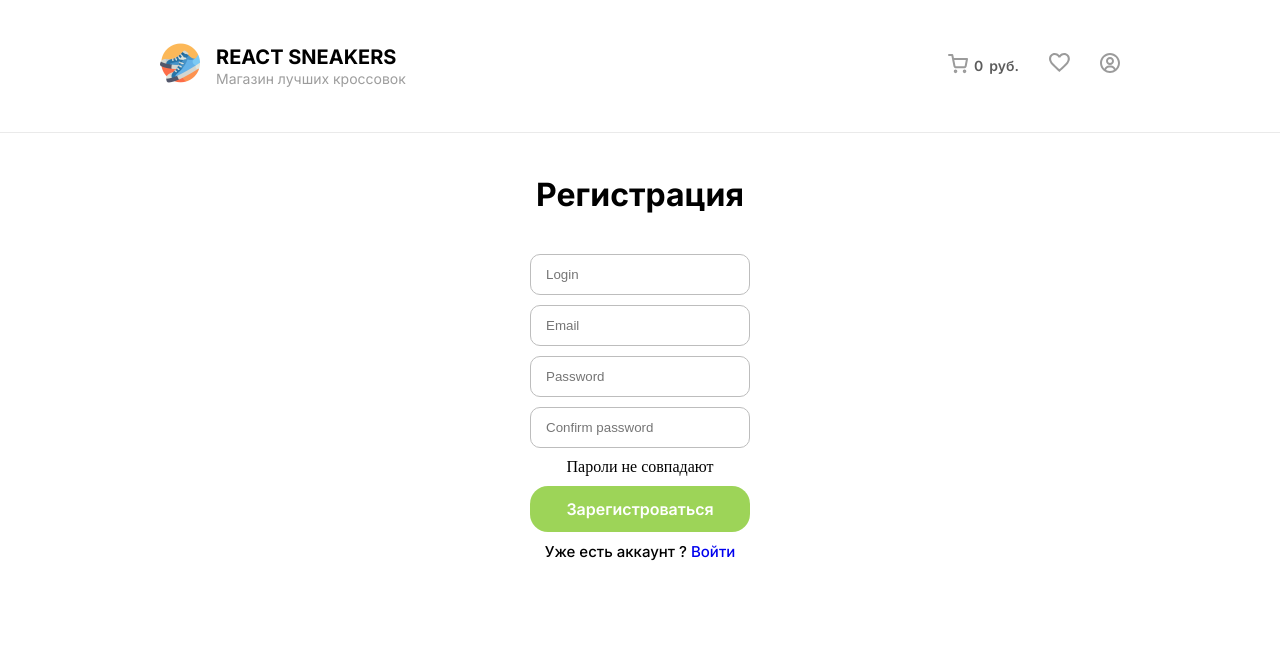
Repository: maxbirimkulov/sneakers20
Page: src/pages/register.html
These files come from the project's save history. The page is drawn as it stood at one moment and after the next save; the edit follows.
The browser window is 1280 px wide. The pictures show the whole page.
The style sheet was rebuilt from its Sass, Less or Tailwind sources for each picture, by a compiler version that may differ from the author's.

Above is the page before, as saved 2022-11-12 21:02:33.

### src/pages/register.html
<!DOCTYPE html>
<html lang="en">
  <head>
    <meta charset="UTF-8" />
    <meta
      name="viewport"
      content="width=device-width, user-scalable=no, initial-scale=1.0, maximum-scale=1.0, minimum-scale=1.0"
    />
    <meta http-equiv="X-UA-Compatible" content="ie=edge" />
    <title>Document</title>
    <link rel="stylesheet" href="../css/style.css" />
  </head>
  <body>
    <div class="floor">
      <header class="header">
        <div class="container">
          <nav class="header__nav">
            <div class="header__logo">
              <img
                src="../images/mainLogo.png"
                alt="Logo"
                class="header__logo-img"
              />
              <div class="header__logo-text">
                <h1 class="header__logo-title">
                  <a href="../../index.html" class="header__logo-title-link"
                    >react sneakers</a
                  >
                </h1>
                <p class="header__logo-subtitle">
                  <a href="../../index.html" class="header__logo-subtitle"
                    >Магазин лучших кроссовок</a
                  >
                </p>
              </div>
            </div>
            <div class="header__links">
              <p class="header__links-basket">
                <span class="header__links-basket-logo"
                  ><svg
                    width="20"
                    height="20"
                    viewBox="0 0 20 20"
                    fill="none"
                    xmlns="http://www.w3.org/2000/svg"
                  >
                    <path
                      d="M7.54548 18.1818C7.99735 18.1818 8.36366 17.8155 8.36366 17.3636C8.36366 16.9118 7.99735 16.5455 7.54548 16.5455C7.09361 16.5455 6.72729 16.9118 6.72729 17.3636C6.72729 17.8155 7.09361 18.1818 7.54548 18.1818Z"
                      stroke="#9B9B9B"
                      stroke-width="2"
                      stroke-linecap="round"
                      stroke-linejoin="round"
                    />
                    <path
                      d="M16.5455 18.1818C16.9973 18.1818 17.3637 17.8155 17.3637 17.3636C17.3637 16.9118 16.9973 16.5455 16.5455 16.5455C16.0936 16.5455 15.7273 16.9118 15.7273 17.3636C15.7273 17.8155 16.0936 18.1818 16.5455 18.1818Z"
                      stroke="#9B9B9B"
                      stroke-width="2"
                      stroke-linecap="round"
                      stroke-linejoin="round"
                    />
                    <path
                      d="M1 1H4.27273L6.46545 11.9555C6.54027 12.3321 6.7452 12.6705 7.04436 12.9113C7.34351 13.1522 7.71784 13.2801 8.10182 13.2727H16.0545C16.4385 13.2801 16.8129 13.1522 17.112 12.9113C17.4112 12.6705 17.6161 12.3321 17.6909 11.9555L19 5.09091H5.09091"
                      stroke="#9B9B9B"
                      stroke-width="2"
                      stroke-linecap="round"
                      stroke-linejoin="round"
                    />
                  </svg>
                </span>
                <span class="total">0</span> руб.
              </p>
              <a href="./favorites.html" class="header__links-favorites"
                ><span class="header__links-favorites-logo"
                  ><svg
                    width="21"
                    height="19"
                    viewBox="0 0 21 19"
                    fill="none"
                    xmlns="http://www.w3.org/2000/svg"
                  >
                    <path
                      d="M15.1003 0C16.7293 0 18.0976 0.54932 19.2052 1.64796C20.3129 2.7466 20.8668 4.08759 20.8668 5.67092C20.8668 6.44643 20.7039 7.23002 20.3781 8.02169C20.0523 8.81335 19.6939 9.51616 19.303 10.1301C18.912 10.744 18.2523 11.5357 17.3238 12.5051C16.3953 13.4745 15.6134 14.2581 14.9781 14.8559C14.3428 15.4537 13.3248 16.3665 11.9239 17.5944L10.4089 18.9515L8.89403 17.6429C7.52572 16.3827 6.51577 15.4537 5.8642 14.8559C5.21262 14.2581 4.42258 13.4745 3.49408 12.5051C2.56559 11.5357 1.90586 10.744 1.51492 10.1301C1.12397 9.51616 0.773748 8.81335 0.464249 8.02169C0.15475 7.23002 0 6.44643 0 5.67092C0 4.08759 0.553841 2.7466 1.66152 1.64796C2.7692 0.54932 4.12123 0 5.71759 0C7.60717 0 9.17095 0.727041 10.4089 2.18112C11.6469 0.727041 13.2107 0 15.1003 0ZM10.5067 16.0918C12.1031 14.6701 13.2677 13.6118 14.0008 12.9171C14.7338 12.2224 15.5401 11.3903 16.4198 10.4209C17.2994 9.45153 17.9102 8.60332 18.2523 7.87628C18.5944 7.14924 18.7654 6.41412 18.7654 5.67092C18.7654 4.63691 18.4152 3.78061 17.7148 3.10204C17.0143 2.42347 16.1428 2.08418 15.1003 2.08418C14.3184 2.08418 13.5772 2.31037 12.8768 2.76276C12.1764 3.21514 11.6795 3.79677 11.3863 4.50765H9.43158C9.17095 3.79677 8.69041 3.21514 7.98997 2.76276C7.28952 2.31037 6.53206 2.08418 5.71759 2.08418C4.67507 2.08418 3.81173 2.42347 3.12757 3.10204C2.44342 3.78061 2.10134 4.63691 2.10134 5.67092C2.10134 6.41412 2.26423 7.14924 2.59002 7.87628C2.91581 8.60332 3.52666 9.45153 4.42258 10.4209C5.3185 11.3903 6.13297 12.2224 6.866 12.9171C7.59902 13.6118 8.74743 14.6701 10.3112 16.0918L10.4089 16.1888L10.5067 16.0918Z"
                      fill="#9B9B9B"
                    />
                  </svg> </span
              ></a>
              <a href="./register.html" class="header__links-user"
                ><span class="header__links-user-logo"
                  ><svg
                    width="20"
                    height="20"
                    viewBox="0 0 20 20"
                    fill="none"
                    xmlns="http://www.w3.org/2000/svg"
                  >
                    <path
                      fill-rule="evenodd"
                      clip-rule="evenodd"
                      d="M0 10C0 4.579 4.579 0 10 0C15.421 0 20 4.579 20 10C20 13.19 18.408 16.078 16 17.924V18H15.898C14.23 19.245 12.187 20 10 20C7.813 20 5.77 19.245 4.102 18H4V17.924C1.592 16.078 0 13.189 0 10ZM7.12347 15.236C6.59154 15.6639 6.22136 16.2604 6.074 16.927C7.242 17.604 8.584 18 10 18C11.416 18 12.758 17.604 13.926 16.927C13.7785 16.2605 13.4082 15.6641 12.8764 15.2362C12.3445 14.8083 11.6827 14.5744 11 14.573H9C8.3173 14.5742 7.6554 14.808 7.12347 15.236ZM13.7677 13.4117C14.5877 13.9574 15.2286 14.7329 15.61 15.641C17.077 14.182 18 12.176 18 10C18 5.663 14.337 2 10 2C5.663 2 2 5.663 2 10C2 12.176 2.923 14.182 4.39 15.641C4.77144 14.7329 5.41227 13.9574 6.23227 13.4117C7.05227 12.866 8.01501 12.5742 9 12.573H11C11.985 12.5742 12.9477 12.866 13.7677 13.4117ZM6 8C6 5.72 7.72 4 10 4C12.28 4 14 5.72 14 8C14 10.28 12.28 12 10 12C7.72 12 6 10.28 6 8ZM8 8C8 9.178 8.822 10 10 10C11.178 10 12 9.178 12 8C12 6.822 11.178 6 10 6C8.822 6 8 6.822 8 8Z"
                      fill="#9B9B9B"
                    />
                  </svg> </span
              ></a>
            </div>
          </nav>
        </div>
      </header>
      <div class="container">
        <div class="register">
          <h2 class="register__title">Регистрация</h2>
          <form class="register__form">
            <input class="register__input" type="text" placeholder="Login" />
            <input class="register__input" type="email" placeholder="Email" />
            <input
              class="register__input"
              type="password"
              placeholder="Password"
            />
            <input
              class="register__input"
              type="password"
              placeholder="Confirm password"
            />
            <span>Пароли не совпадают</span>
            <button type="submit" class="register__btn">
              Зарегистроваться
            </button>
            <span class="register__sign"
              >Уже есть аккаунт ? <a href="./login.html">Войти</a></span
            >
          </form>
        </div>
      </div>
    </div>
    <script type="module" src="../js/register.js"></script>
  </body>
</html>

### src/js/register.js
import { changeUser, getUserFromLocalStorage } from './user.js';

getUserFromLocalStorage();

let formRegister = document.querySelector('.register');
formRegister.addEventListener('submit', (e) => {
  e.preventDefault();

  let userData = {
    login: e.target[0].value,
    email: e.target[1].value,
    password: e.target[2].value,
  };

  if (e.target[2].value === e.target[3].value) {
    fetch('http://localhost:8080/register', {
      method: 'POST',
      headers: {
        'Content-Type': 'application/json',
      },
      body: JSON.stringify(userData),
    })
      .then((res) => res.json())
      .then((res) => {
        changeUser({
          ...res.user,
          token: res.accessToken,
        });
      })
      .catch((err) => console.log(err));
  } else {
    alert('Пароли не совпадают');
  }
});

### src/js/user.js



export let user = {
    login : "",
    email : ""
}

export const getUserFromLocalStorage = () => {
    if (localStorage.getItem('user') !== null){
        user = JSON.parse(localStorage.getItem('user'))
    }
}


export const changeUser = (data) => {
    user = {...data}
    localStorage.setItem('user', JSON.stringify(user))
    location.href = 'http://localhost:63342/new%20project/index.html'
}

### src/css/style.scss
@import url('https://fonts.googleapis.com/css2?family=DM+Sans:wght@700&family=Inter:wght@400;500;600;700&display=swap');

* {
  margin: 0;
  padding: 0;
  box-sizing: border-box;
  text-decoration: none;
  list-style-type: none;
  transition: 0.3s;
}
.container {
  max-width: 1050px;
  padding: 0 45px;
  margin: 0 auto;
}
$int: 'inter', sans-serif;

@mixin text($ff, $fs, $fw, $fz, $lh, $col) {
  font-family: $ff;
  font-style: $fs;
  font-weight: $fw;
  font-size: $fz;
  @if $lh > 0 {
    line-height: $lh;
  }
  color: $col;
}
body,
.floor {
  background-color: #fff;
}
@import '_header.scss';
@import '_main.scss';
@import '_assort.scss';
@import '_basketPopup.scss';
@import '_card.scss';
@import '_basket.scss';
@import '_favorites.scss';
@import '_basketNone.scss';
@import '_register';

### src/css/_header.scss
.header {
  padding: 43px 0 45px;
  &__nav {
    display: flex;
    justify-content: space-between;
    align-items: center;
  }
  &__logo {
    display: flex;
    &-img {
      width: 40px;
      height: 40px;
    }
    &-text {
      margin-left: 16px;
    }
    &-title {
      &-link {
        @include text($int, normal, 700px, 20px, 0, #000000);
        text-transform: uppercase;
      }
    }
    &-subtitle {
      @include text($int, normal, 400, 14px, 0, #9d9d9d);
    }
  }
  &__links {
    display: flex;
    &-basket {
      display: flex;
      gap: 6px;
      align-items: center;
      @include text($int, normal, 600, 14px, 0, #5c5c5c);
      margin-left: 10px;
      cursor: pointer;
    }
    &-favorites {
      margin: 0 30px;
    }
  }
  border-bottom: 1px solid #eaeaea;
}

### src/css/_main.scss
.swiper {
  width: 100%;
  height: 100%;
}

.swiper-slide {
  display: -webkit-box;
  display: -ms-flexbox;
  display: -webkit-flex;
  display: flex;
  -webkit-box-pack: center;
  -ms-flex-pack: center;
  -webkit-justify-content: center;
  justify-content: center;
  -webkit-box-align: center;
  -ms-flex-align: center;
  -webkit-align-items: center;
  align-items: center;
}

.swiper__icon{
  &-next{
    background-color: white;
    border-radius: 50%;
    cursor: pointer;
    position: absolute;
    right: 0;
    top: 50%;
    transform: translateY(-50%),;
    z-index: 2;
    padding: 8px 14px;
    display: flex;
    justify-content: center;
    align-items: center;
    transition: 0.2s;
    -webkit-box-shadow: 0px 0px 11px 5px rgba(0, 0, 0, 0.01);
    -moz-box-shadow: 0px 0px 11px 5px rgba(0, 0, 0, 0.01);
    box-shadow: 0px 0px 11px 5px rgba(0, 0, 0, 0.01);
    &:hover{
      transition: 0.2s;
      -webkit-box-shadow: 0px 0px 11px 5px rgba(0, 0, 0, 0.07);
      -moz-box-shadow: 0px 0px 11px 5px rgba(0, 0, 0, 0.07);
      box-shadow: 0px 0px 11px 5px rgba(0, 0, 0, 0.07);
    }
  }
  &-prev{
    background-color: white;
    border-radius: 50%;
    position: absolute;
    left: 0;
    top: 50%;
    cursor: pointer;
    transform:translateY(-50%) rotate(180deg);
    z-index: 2;
    padding: 8px 14px;
    display: flex;
    justify-content: center;
    align-items: center;
    transition: 0.2s;
    -webkit-box-shadow: 0px 0px 11px 5px rgba(0, 0, 0, 0.01);
    -moz-box-shadow: 0px 0px 11px 5px rgba(0, 0, 0, 0.01);
    box-shadow: 0px 0px 11px 5px rgba(0, 0, 0, 0.01);
    &:hover{
      transition: 0.2s;
      -webkit-box-shadow: 0px 0px 11px 5px rgba(0, 0, 0, 0.07);
      -moz-box-shadow: 0px 0px 11px 5px rgba(0, 0, 0, 0.07);
      box-shadow: 0px 0px 11px 5px rgba(0, 0, 0, 0.07);
    }
  }
}

.main{
  &__swipe{
    &-block{
      background-color: #F4EFE9;
      border-radius: 20px;
      max-height: 300px;
      display: flex;
      align-items: center;
      justify-content: space-between;
      width: 100%;
    }
    &-box{
      position: relative;
      padding: 16px 0 20px 51px;
      min-height: 300px;
      &-scn{
        margin: 0;
        padding: 0;
        max-width: 641.18px;
      }
      &-desc{
        @include text($int,normal,700,38px,46px,#8BB43C);
        margin: 32px 17.45px 10.45px 35px;
        &-black{
          color: black;
        }
      }
      &-btn{
        position: absolute;
        padding: 14px 60px;
        border-radius: 110px;
        @include text($int,normal,700px,16px, 0, white);
        text-transform: uppercase;
        background-color: #A5D364;
        bottom: 45px;
        left: 27%;
        transform: translate(-50%, -50);
        transition: 0.2s;
        &:hover{
          transition: 0.2s;
          transform: scale(1.1);
        }
      }
      &-img{
        width: 100%;
      }
    }
  }
}

### src/css/_assort.scss
.main__assort {
  &-topContent {
    display: flex;
    flex-wrap: wrap;
    justify-content: space-between;
    padding: 37px 0 36px;
    width: 100%;
  }
  &-filter {
    display: flex;
    justify-content: space-between;
    align-items: center;
    gap: 10px;
  }
  &-select {
    background: transparent;
    border: 1px solid #bdbdbd;
    border-radius: 8px;
    padding: 0 10px;
    height: 40px;
  }
  &-form {
    margin: 15px 0 0;
    display: flex;
    align-items: center;
    position: relative;
    &-input {
      border-radius: 10px;
      border: 1px solid #bdbdbd;
      outline: none;
      padding: 13px 40px 15px 46px;
      max-width: 250px;
      &::-webkit-input-placeholder {
        color: #c4c4c4;
      }
      &::-moz-placeholder {
        color: #c4c4c4;
      }
      &:-ms-input-placeholder {
        color: #c4c4c4;
      }
      &::-ms-input-placeholder {
        color: #c4c4c4;
      }
      &::placeholder {
        color: #c4c4c4;
      }
      &::-webkit-search-cancel-button {
        position: absolute;
        right: 18px;
        cursor: pointer;
        color: #5c5c5c;
      }
    }
    &-icon {
      position: absolute;
      left: 18px;
      top: 50%;
      transform: translateY(-50%);
    }
  }
  &-title {
    @include text($int, normal, 700, 32px, 0, black);
  }
  &-mainContent {
    min-height: 700px;
    position: relative;
    display: flex;
    justify-content: center;
    align-items: center;
    flex-wrap: wrap;
    gap: 40px;
    &-shoes {
      border: 1px solid #bdbdbd;
      border-radius: 40px;
      padding: 20px 29px 34px 30px;
      max-width: 210px;
    }
    &-favorites {
      display: inline-block;
      position: absolute;
      border: 1px solid #f8f8f8;
      border-radius: 7px;
      padding: 9.6px 9.07px 3.59px;
      cursor: pointer;
      &:hover {
        transform: scale(1.13);
        background-color: rgba(253, 239, 239, 0.87);
        transition: 0.2s;
      }
      &-active {
        display: none;
        position: absolute;
        background-color: #fef0f0;
        border: 1px solid transparent;
        border-radius: 7px;
        padding: 9.6px 9.07px 3.59px;
        cursor: pointer;
      }
    }
    &-product {
      &-desc {
        @include text($int, normal, 400, 14px, 17px, black);
      }
      &-pricesDesc {
        margin-top: 14px;
        display: flex;
        justify-content: space-between;
        align-items: center;
        &-price {
          @include text($int, normal, 500, 11px, 13px, #bdbdbd);
          text-transform: uppercase;
        }
        &-cost {
          @include text($int, normal, 700, 14px, 17px, black);
        }
        &-addBask {
          cursor: pointer;
          display: inline-block;
          padding: 5.33px 8.33px;
          border: 1px solid #f2f2f2;
          border-radius: 8px;
          transition: 0.2s;
          &:hover {
            transform: scale(1.13);
            background-color: rgba(253, 239, 239, 0.87);
            transition: 0.2s;
          }
          &-active {
            cursor: pointer;
            max-height: 32px;
            max-width: 32px;
            padding: 5.33px 8.33px;
            border: 1px solid white;
            border-radius: 8px;
            background: linear-gradient(180deg, #89f09c 0%, #3cc755 100%);
            transition: 0.2s;
            &:hover {
              transform: scale(1.13);
              transition: 0.2s;
            }
          }
        }
      }
    }
  }
}

### src/css/_basketPopup.scss
.basket {
  transform: translateX(100%);
  background: rgba(0, 00, 000, 0.4);
  height: 100vh;
  width: 100vw;
  z-index: 100;
  position: fixed;
  left: 0;
  top: 0;
  bottom: 0;
  &__cards {
    margin-top: 20px;
    max-height: 400px;
    overflow-y:  scroll;
    display: flex;
    gap: 20px;
    flex-wrap: wrap;
  }

  &__card {
    position: relative;  width: 100%;  height: 120px;  padding: 0 30px;    background: #FFFFFF;  border: 1px solid #F3F3F3;  border-radius: 20px;  &:hover {
    box-shadow: 0px 14px 30px 0px rgba(0, 0, 0, 0.05);  }
    &-img {
      position: absolute;    left: 20px;    top: 50%;    transform: translateY(-50%);    max-width: 80px;  }
    &__name {
      position: absolute;    width: 133px;    height: 36px;    overflow: hidden;    left: 120px;    top: 30px;    font-family: 'Inter', sans-serif;    font-style: normal;    font-weight: 400;    font-size: 14px;    line-height: 17px;    color: #000000;  }
    &__sum {
      position: absolute;    left: 120px;    bottom: 30px;    font-family: 'Inter', sans-serif;    font-style: normal;    font-weight: 700;    font-size: 14px;color: #000000;  }
    &__X {
      position: absolute;    right: 20px;    top: 50%;    transform: translateY(-50%);    max-width: 70px;    cursor: pointer;  }
  }
  &.show {
    transform: translateX(0%);
  }
  &__content {
    display: flex;
    flex-direction: column;
    justify-content: space-between;
    background: #fff;
    position: fixed;
    padding: 30px;
    height: 100vh;
    width: 385px;
    top: 0;
    right: 0;
  }
  &__title {
    @include text($int, normal, 700, 24px, 29px, #000000);
  }
  &__text {
    display: flex;
    justify-content: space-between;
    margin-bottom: 19px;
    &:last-of-type {
      margin-bottom: 24px;
    }
    &-desc {
      @include text($int, normal, 400, 16px, 19px, #000000);
    }
    &-sum {
      @include text($int, normal, 600, 16px, 19px, #000000);
    }
  }
  &__btn {
    @include text($int, normal, 600, 16px, 19px, #fff);
    padding: 12px 0;
    background: #9dd558;
    border-radius: 18px;
    border: 1px solid #9dd558;
    width: 100%;
  }
}

.name {
  font-size: 30px;
  color: red;
  text-align: center;
}

### src/css/_card.scss
.info {
  background: antiquewhite;
  padding: 40px 0;
  &__block {
    display: flex;
    flex-wrap: wrap;
    -moz-column-gap: 40px;
         column-gap: 40px;
    row-gap: 40px;
  }
  &__card {
    width: calc(25% - 30px);
    background: #ffffff;
    border: 1px solid #f3f3f3;
    border-radius: 40px;
    padding: 20px 40px;
    cursor: pointer;
    transition: 0.2s;
    &:hover {
      background: #ffffff;
      border: 1px solid #f8f8f8;
      box-shadow: 0 14px 30px rgba(0, 0, 0, 0.05);
      border-radius: 40px;
      transition: 0.2s;
      transform: scale(1.05);
    }
  }
  &__desc {
    @include text($int, normal, 400, 14px, 17px, #000);
    margin: 14px 0;
  }
  &__bottom {
    display: flex;
    justify-content: space-between;
  }
  &__sel {
    @include text($int, normal, 500, 11px, 13px, #bdbdbd);
    text-transform: uppercase;
  }
  &__sum {
    @include text($int, normal, 700, 14px, 17px, #000);
  }
}

### src/css/_basket.scss
.basket__main{
  &-topContent{
    padding: 42px 0 40px;
    &-nav{
      display: flex;
      align-items: center;
      gap: 21px;
    }
    &-title{
      @include text($int, normal, 700, 32px, 0, black)
    }
    &-link{
      padding: 8px 14px;
      max-width: 35px;
      max-height: 35px;
      display: flex;
      justify-content: center;
      align-items: center;
      border: 1px solid #F2F2F2;
      border-radius: 8px;
    }
  }
  &-mainContent{
    &-assort{
      display: flex;
      flex-wrap: wrap;
      gap: 40px;
    }
  }
}

### src/css/_favorites.scss
.main__assort-mainContent-favorites{
  &-off{
    display: none;
  }
  &-on{
    display: inline-block;
  }
}

### src/css/_basketNone.scss
.basketNone__main {
  display: flex;
  justify-content: center;
  align-items: center;
  padding: 240px 0;
  &-none {
    display: flex;
    flex-wrap: wrap;
    justify-content: center;
    align-items: center;
    max-width: 280px;
    &-text{
      text-align: center;
    }
    &-title {
      margin-top: 24px;
      text-align: center;
      @include text($int, normal, 600, 24px, 0, black);
    }

    &-desc {
      text-align: center;
      margin: 11px 0 41px;
      @include text($int, normal, 400, 16px, 24px, black);
    }

    &-link {
      padding: 17px 40px 19px;
      background-color: #9DD458;
      border-radius: 18px;
      @include text($int, normal, 400, 16px, 0, white);

      &-icon {
        margin-right: 17px;

      }
    }
  }
}

### src/css/_register.scss
.register,
.login {
  &__title {
    @include text($int, normal, 700, 32px, 0, black);
    margin: 42px auto 40px;
    text-align: center;
  }
  &__form {
    margin: 0 auto;
    display: flex;
    flex-direction: column;
    justify-content: center;
    max-width: 220px;
    gap: 10px;
    text-align: center;
  }
  &__input {
    padding: 12px 15px;
    border-radius: 10px;
    border: 1px solid #bdbdbd;
  }
  &__btn {
    @include text($int, normal, 600, 16px, 0, #fff);
    padding: 13px;
    border-radius: 18px;
    border: none;
    cursor: pointer;
    background-color: #9dd458;
  }
  &__sign {
    @include text($int, normal, 500, 15px, 0, black);
  }
}

After the next save:
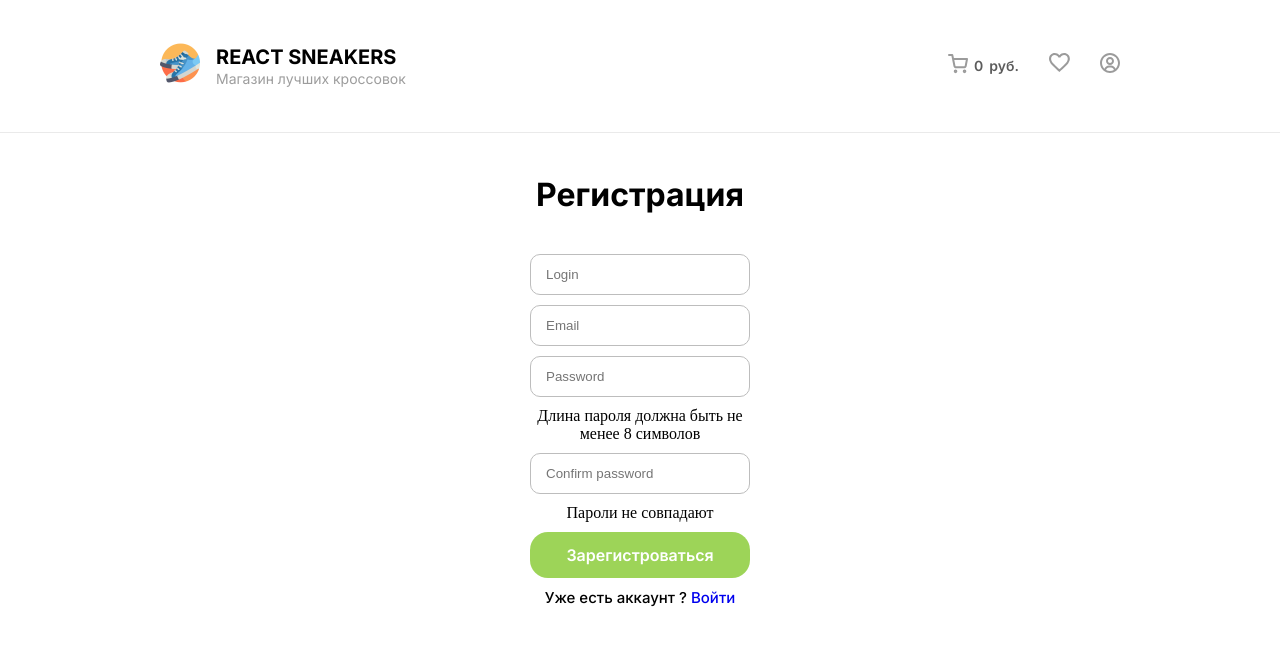
Saved 64 s later.
--- a/src/pages/register.html
+++ b/src/pages/register.html
@@ -116,6 +116,7 @@
               type="password"
               placeholder="Password"
             />
+            <span>Длина пароля должна быть не менее 8 символов</span>
             <input
               class="register__input"
               type="password"
